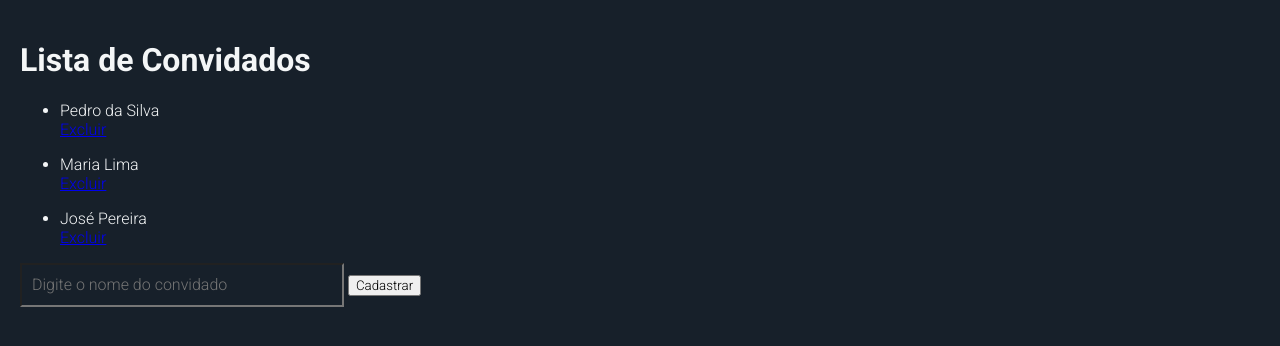
Repository: andrevff/lista-de-convidados
Page: index.html
An editor plug-in stored every save of this project. The page is shown before and after the next save, followed by the edit.
The browser window is 1280 px wide. The pictures show the whole page.

Above is the page before, as saved 2022-11-29 17:29:37.

After the next save:
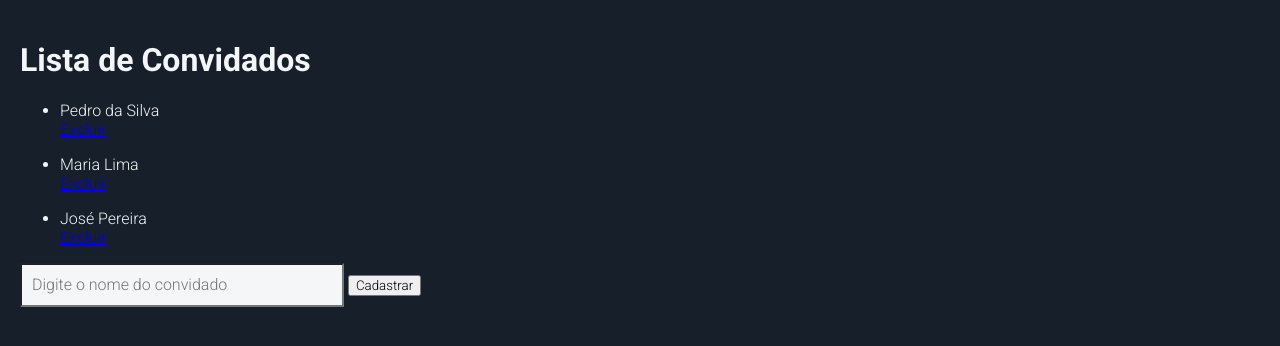
Saved 14 s later.
--- a/assets/css/styles.css
+++ b/assets/css/styles.css
@@ -19,5 +19,5 @@
     height: 20px;
     padding: 10px;
     font-size: 1em;
-    background-color: #17202A;
+    background-color: #F4F6F7;
 }
